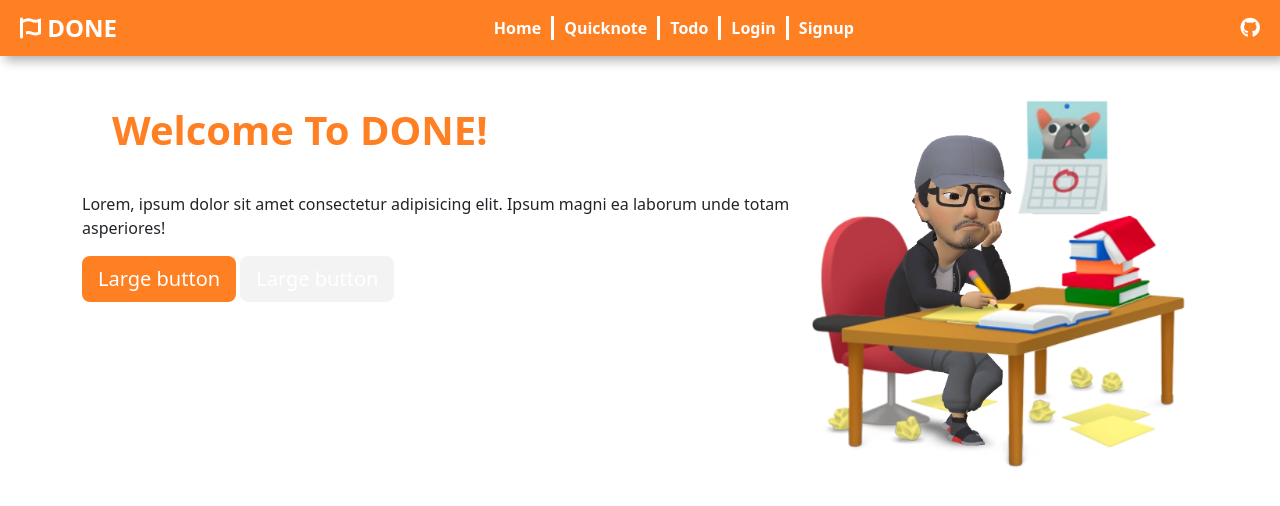
Repository: OmarEssameldinMousa/DONE
Page: index.html
These files come from the project's save history. The page is drawn as it stood at one moment and after the next save; the edit follows.
The browser window is 1280 px wide. The pictures show the whole page.
Some web fonts or font styles are not loaded; a fallback is used.

Above is the page before, as saved 2023-12-15 23:03:52.

After the next save:
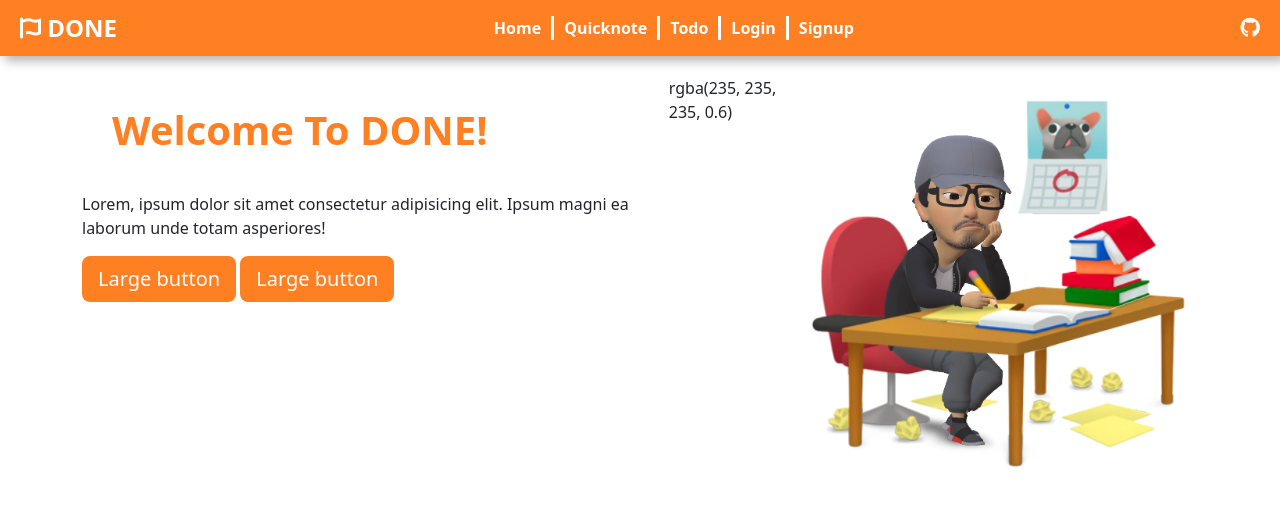
Saved 8 s later.
--- a/index.html
+++ b/index.html
@@ -60,9 +60,9 @@
                             style="background-color: #ff7f23;border: none;">Large
                             button</button>
                         <button type="button" class="btn btn-secondary btn-lg"
-                            style="background-color: rgba(235, 235, 235, 0.6);border: none;">Large button</button>
+                            style="background-color: #ff7f23;border: none;">Large button</button>
                     </div>
-                </div>
+                </div>rgba(235, 235, 235, 0.6)
 
                 <div class="logoimage">
                     <img src="images/omar.png" alt="">
